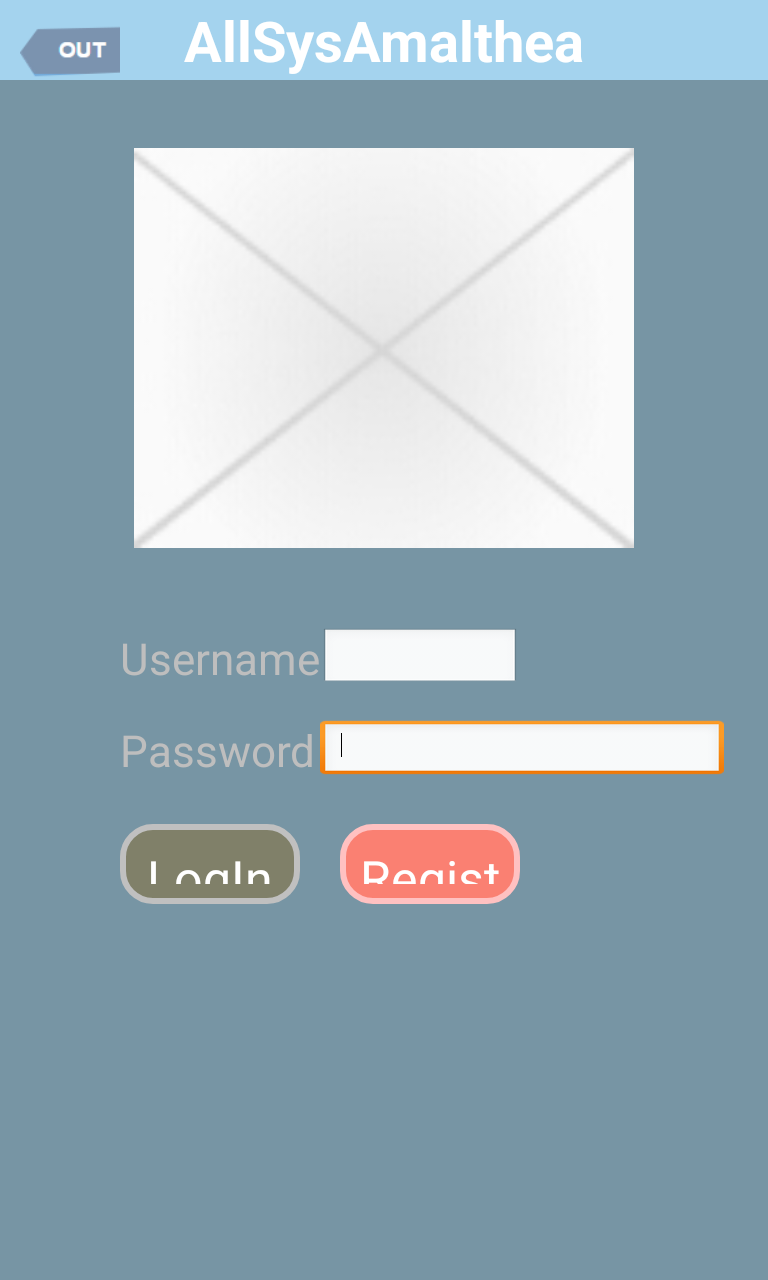
Repository: AllSysAmalthea/AllSys
Layout: APP/AppUI code/代码/Allsys/res/layout/activity_log_in.xml
The author's editor kept a copy of each file at every save. The layout is drawn from the files as they stood at one save, then again after the next save.
It is drawn on a 768 x 1280 px phone screen (xhdpi) without system bars, with theme android:Theme.NoTitleBar; the app's code is not run.

Above is the layout before, as saved 2015-06-08 02:33:49.

After the next save:
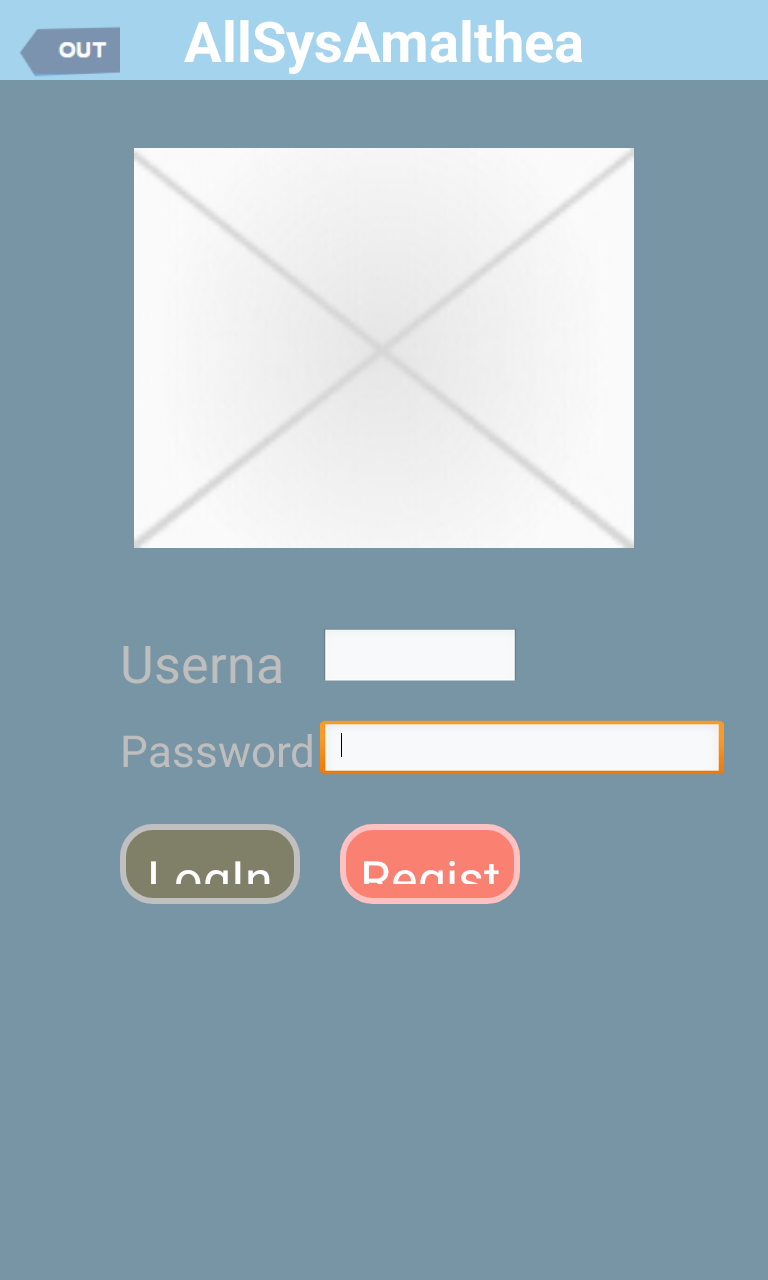
Saved 7 s later.
--- a/APP/AppUI code/代码/Allsys/res/layout/activity_log_in.xml
+++ b/APP/AppUI code/代码/Allsys/res/layout/activity_log_in.xml
@@ -46,7 +46,7 @@
         android:layout_marginLeft="60dp"
         android:layout_marginTop="40dp"
         android:text="Username"
-        android:textSize="22sp" />
+        android:textSize="26sp" />
 
     <EditText
         android:id="@+id/Username"
